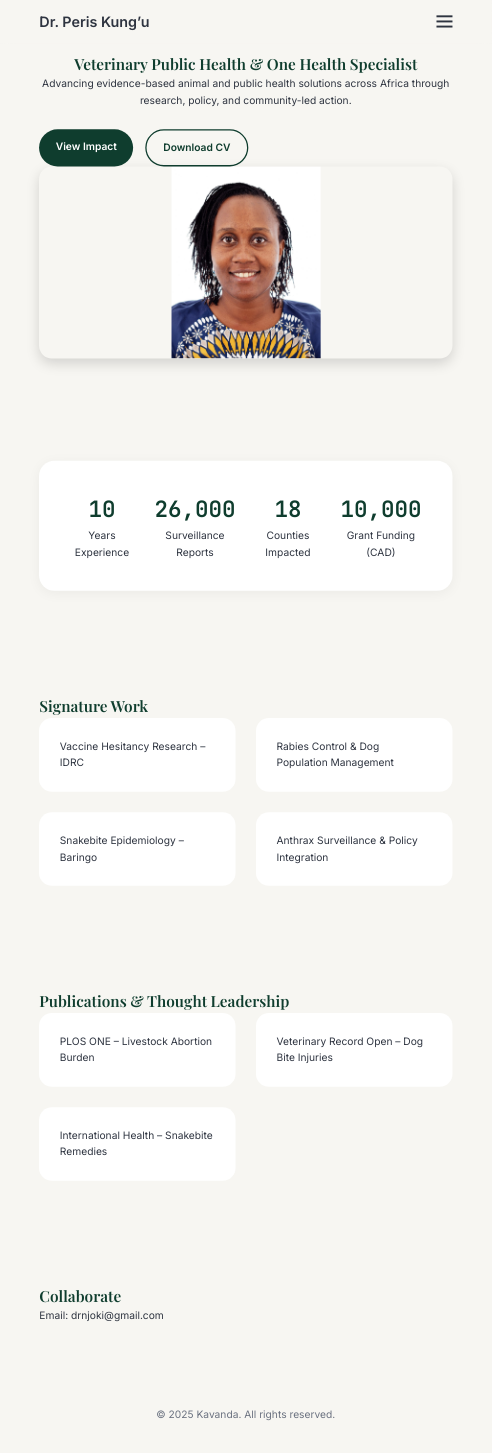
Repository: ladygit-comits/Peris_Portfolio
Page: index.html
These files come from the project's save history. The page is drawn as it stood at one moment and after the next save; the edit follows.
The browser window is 768 px wide. The pictures show the whole page, at 64% of full size.

Above is the page before, as saved 2026-01-01 21:04:09.

### index.html
<!DOCTYPE html>
<html lang="en">
<head>
  <meta charset="UTF-8" />
  <meta name="viewport" content="width=device-width, initial-scale=1.0" />
  <title>Dr. Peris Kung’u | Veterinary Public Health</title>

  <!-- Google Fonts -->
  <link href="https://fonts.googleapis.com/css2?family=Playfair+Display:wght@400;600&family=Inter:wght@300;400;500;600&family=JetBrains+Mono:wght@400;600&display=swap" rel="stylesheet">

  <link rel="stylesheet" href="style.css" />
</head>
<body>

<nav>
  <strong>Dr. Peris Kung’u</strong>
  <ul>
    <li><a href="#impact">Impact</a></li>
    <li><a href="#work">Work</a></li>
    <li><a href="#publications">Publications</a></li>
    <li><a href="#contact">Contact</a></li>
  </ul>
</nav>

<section class="hero">
  <div class="hero-text">
    <h1>Veterinary Public Health & One Health Specialist</h1>
    <p>
      Advancing evidence-based animal and public health solutions across Africa through research, policy, and community-led action.
    </p>
    <div class="cta">
      <a class="btn primary" href="#work">View Impact</a>
      <a class="btn secondary" href="#">Download CV</a>
    </div>
  </div>
  <div class="hero-img"></div>
</section>

<section id="impact">
  <div class="stats">
    <div class="stat">
      <h3 data-count="10">0</h3>
      <p>Years Experience</p>
    </div>
    <div class="stat">
      <h3 data-count="26000">0</h3>
      <p>Surveillance Reports</p>
    </div>
    <div class="stat">
      <h3 data-count="18">0</h3>
      <p>Counties Impacted</p>
    </div>
    <div class="stat">
      <h3 data-count="10000">0</h3>
      <p>Grant Funding (CAD)</p>
    </div>
  </div>
</section>

<section id="work">
  <h2>Signature Work</h2>
  <div class="grid">
    <div class="card">Vaccine Hesitancy Research – IDRC</div>
    <div class="card">Rabies Control & Dog Population Management</div>
    <div class="card">Snakebite Epidemiology – Baringo</div>
    <div class="card">Anthrax Surveillance & Policy Integration</div>
  </div>
</section>

<section id="publications">
  <h2>Publications & Thought Leadership</h2>
  <div class="grid">
    <div class="card">PLOS ONE – Livestock Abortion Burden</div>
    <div class="card">Veterinary Record Open – Dog Bite Injuries</div>
    <div class="card">International Health – Snakebite Remedies</div>
  </div>
</section>

<section id="contact">
  <h2>Collaborate</h2>
  <p>Email: drnjoki@gmail.com</p>
</section>

<footer>
 © 2025 Kavanda. All rights reserved.
</footer>

<script src="script.js"></script>
</body>
</html>

### style.css
:root {
  --primary: #0F3D2E;
  --accent: #C9A24D;
  --bg: #F7F6F2;
  --text: #2E3440;
  --muted: #6B7280;
  --transition: 0.3s ease;
}

/* Reset */
* {
  margin: 0;
  padding: 0;
  box-sizing: border-box;
}

body {
  font-family: 'Inter', sans-serif;
  background: var(--bg);
  color: var(--text);
  line-height: 1.6;
  scroll-behavior: smooth;
}

/* Sections */
section {
  padding: 5rem 8%;
}

h1, h2, h3 {
  font-family: 'Playfair Display', serif;
  color: var(--primary);
}

/* NAVIGATION */
nav {
  position: fixed;
  top: 0;
  width: 100%;
  background: rgba(247,246,242,0.95);
  backdrop-filter: blur(10px);
  padding: 1rem 8%;
  display: flex;
  justify-content: space-between;
  align-items: center;
  z-index: 1000;
}

nav strong {
  font-size: 1.4rem;
  cursor: default;
}

nav ul {
  list-style: none;
  display: flex;
  gap: 2rem;
}

nav a {
  text-decoration: none;
  color: inherit;
  font-weight: 500;
  position: relative;
  transition: var(--transition);
}

nav a:hover::after {
  content: '';
  position: absolute;
  left: 0;
  bottom: -4px;
  width: 100%;
  height: 2px;
  background: var(--accent);
  border-radius: 2px;
}

/* Hamburger Menu for Mobile */
.hamburger {
  display: none;
  flex-direction: column;
  cursor: pointer;
  gap: 5px;
}

.hamburger div {
  width: 25px;
  height: 3px;
  background: var(--text);
  transition: var(--transition);
}

/* HERO */
.hero-img {
  height: 420px;
  border-radius: 20px;
  background: url('images/peris.jpeg') no-repeat center center;
  background-size: contain;
  transition: transform 0.3s ease, box-shadow 0.3s ease;
  box-shadow: 0 8px 20px rgba(0, 0, 0, 0.15);
}

.hero-img:hover {
  transform: scale(1.02);
  box-shadow: 0 12px 25px rgba(0, 0, 0, 0.2);
}


/* BUTTONS */
.cta {
  margin-top: 2rem;
  display: flex;
  gap: 1.2rem;
}

.btn {
  padding: 0.9rem 1.6rem;
  border-radius: 30px;
  cursor: pointer;
  border: none;
  font-weight: 600;
  transition: all 0.3s ease;
  text-decoration: none;
}

.btn.primary {
  background: var(--primary);
  color: #fff;
}

.btn.secondary {
  border: 2px solid var(--primary);
  color: var(--primary);
  background: transparent;
}

.btn:hover {
  transform: translateY(-3px);
  box-shadow: 0 8px 15px rgba(0,0,0,0.1);
}

/* STATS */
.stats {
  background: #fff;
  border-radius: 24px;
  padding: 3rem;
  display: grid;
  grid-template-columns: repeat(4, 1fr);
  gap: 2rem;
  box-shadow: 0 4px 20px rgba(0,0,0,0.05);
}

.stat {
  text-align: center;
}

.stat h3 {
  font-family: 'JetBrains Mono', monospace;
  font-size: 2.2rem;
}

/* GRID CARDS */
.grid {
  display: grid;
  grid-template-columns: repeat(auto-fit, minmax(280px, 1fr));
  gap: 2rem;
}

.card {
  background: #fff;
  padding: 2rem;
  border-radius: 20px;
  transition: transform 0.3s ease, box-shadow 0.3s ease;
  cursor: pointer;
}

.card:hover {
  transform: translateY(-6px);
  box-shadow: 0 12px 25px rgba(0,0,0,0.1);
}

/* FOOTER */
footer {
  text-align: center;
  padding: 3rem;
  color: var(--muted);
}

/* SCROLL TO TOP */
#scrollTop {
  position: fixed;
  bottom: 30px;
  right: 30px;
  background: var(--primary);
  color: #fff;
  padding: 0.7rem 1rem;
  border-radius: 50%;
  cursor: pointer;
  font-size: 1.5rem;
  display: none;
  z-index: 100;
  transition: background 0.3s ease;
}

#scrollTop:hover {
  background: var(--accent);
}

/* RESPONSIVE */
@media (max-width: 900px) {
  .hero {
    grid-template-columns: 1fr;
    text-align: center;
    gap: 2rem;
  }
  .hero-img {
    height: 300px;
    margin: 0 auto;
  }
  nav ul {
    position: fixed;
    top: 70px;
    right: -100%;
    width: 200px;
    background: var(--bg);
    height: calc(100vh - 70px);
    flex-direction: column;
    align-items: center;
    padding-top: 2rem;
    gap: 1.5rem;
    transition: right 0.3s ease;
    box-shadow: -5px 0 20px rgba(0,0,0,0.1);
  }
  nav ul.show {
    right: 0;
  }
  .hamburger {
    display: flex;
  }
}

### script.js
// Counter Animation
const counters = document.querySelectorAll('[data-count]');

function animateCounters() {
  counters.forEach(counter => {
    const target = +counter.dataset.count;
    let count = 0;
    const increment = target / 80;

    function update() {
      count += increment;
      if (count < target) {
        counter.innerText = Math.ceil(count);
        requestAnimationFrame(update);
      } else {
        counter.innerText = target.toLocaleString();
      }
    }

    update();
  });
}

window.addEventListener('load', animateCounters);

// Scroll to Top Button
const scrollTop = document.createElement('div');
scrollTop.id = 'scrollTop';
scrollTop.innerHTML = '↑';
document.body.appendChild(scrollTop);

scrollTop.addEventListener('click', () => {
  window.scrollTo({ top: 0, behavior: 'smooth' });
});

window.addEventListener('scroll', () => {
  if (window.scrollY > 300) {
    scrollTop.style.display = 'block';
  } else {
    scrollTop.style.display = 'none';
  }
});

// Hamburger Menu Toggle
const hamburger = document.createElement('div');
hamburger.classList.add('hamburger');
hamburger.innerHTML = '<div></div><div></div><div></div>';
document.querySelector('nav').appendChild(hamburger);

const navMenu = document.querySelector('nav ul');

hamburger.addEventListener('click', () => {
  navMenu.classList.toggle('show');
  hamburger.classList.toggle('active');

  // Toggle X
  if (hamburger.classList.contains('active')) {
    hamburger.innerHTML = '<div style="transform: rotate(45deg) translate(5px,5px)"></div><div style="opacity:0"></div><div style="transform: rotate(-45deg) translate(6px,-6px)"></div>';
  } else {
    hamburger.innerHTML = '<div></div><div></div><div></div>';
  }
});

After the next save:
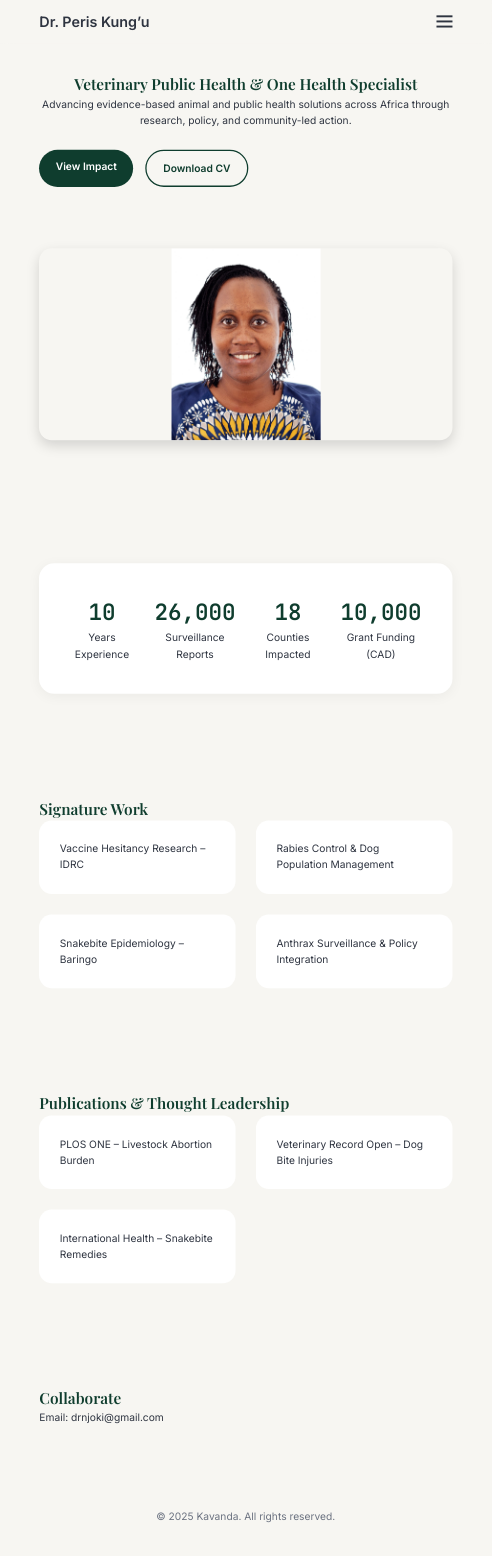
Saved 7 min 32 s later.
--- a/style.css
+++ b/style.css
@@ -92,8 +92,24 @@ nav a:hover::after {
 }
 
 /* HERO */
+.hero {
+  min-height: 100vh;
+  display: grid;
+  grid-template-columns: 1.2fr 1fr;
+  align-items: center;
+  gap: 4rem;
+}
+
+.hero-text {
+  display: flex;
+  flex-direction: column;
+  justify-content: center;
+}
+
 .hero-img {
-  height: 420px;
+  height: auto;
+  max-height: 420px;
+  width: 100%;
   border-radius: 20px;
   background: url('images/peris.jpeg') no-repeat center center;
   background-size: contain;
@@ -104,6 +120,18 @@ nav a:hover::after {
 .hero-img:hover {
   transform: scale(1.02);
   box-shadow: 0 12px 25px rgba(0, 0, 0, 0.2);
+}
+
+@media (max-width: 900px) {
+  .hero {
+    grid-template-columns: 1fr;
+    text-align: center;
+  }
+
+  .hero-img {
+    max-height: 300px;
+    margin: 0 auto;
+  }
 }
 
 
